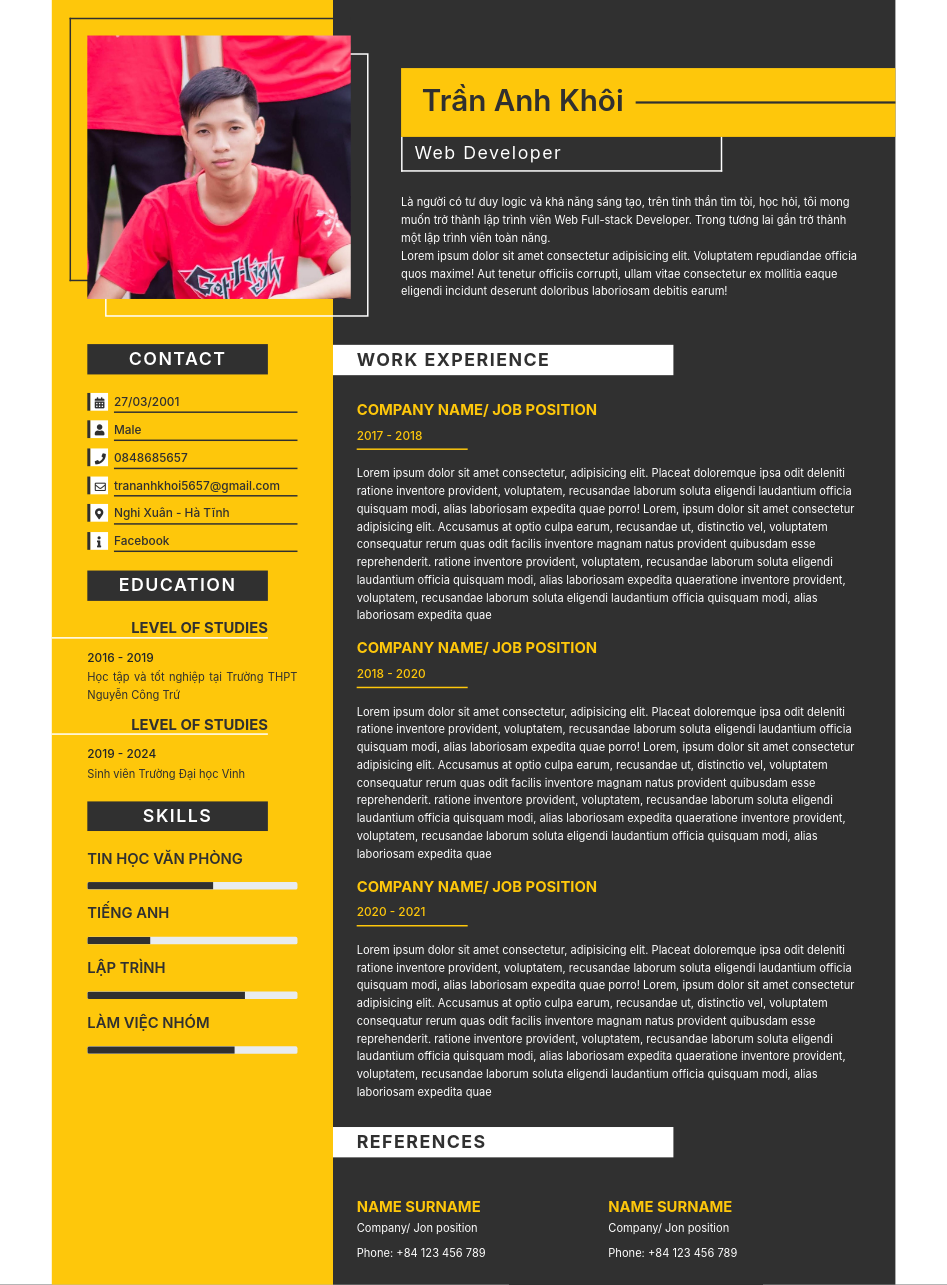
Repository: khoitadev/myCV
Page: index.html
The author's editor kept a copy of each file at every save. The page is drawn from the files as they stood at one save, then again after the next save.
The browser window is 1280 px wide. The pictures show the whole page, at 74% of full size.
Some web libraries are served in a nearby version.

Above is the page before, as saved 2022-02-11 22:42:25.

### index.html
<!DOCTYPE html>
<html lang="en">
  <head>
    <meta charset="UTF-8" />
    <meta http-equiv="X-UA-Compatible" content="IE=edge" />
    <meta name="viewport" content="width=device-width, initial-scale=1.0" />
    <title>MY CV</title>
    <link
      rel="stylesheet"
      href="https://cdn.jsdelivr.net/npm/bootstrap@4.6.0/dist/css/bootstrap.min.css"
      integrity="sha384-B0vP5xmATw1+K9KRQjQERJvTumQW0nPEzvF6L/Z6nronJ3oUOFUFpCjEUQouq2+l"
      crossorigin="anonymous"
    />
    <link rel="preconnect" href="https://fonts.googleapis.com" />
    <link rel="preconnect" href="https://fonts.gstatic.com" crossorigin />
    <link
      href="https://fonts.googleapis.com/css2?family=Poppins:wght@400;600;700&display=swap"
      rel="stylesheet"
    />
    <link
      rel="stylesheet"
      href="https://pro.fontawesome.com/releases/v5.10.0/css/all.css"
      integrity="sha384-AYmEC3Yw5cVb3ZcuHtOA93w35dYTsvhLPVnYs9eStHfGJvOvKxVfELGroGkvsg+p"
      crossorigin="anonymous"
    />
    <link
      rel="icon"
      href="./assets/img/cv2.jpg"
      style="border-radius: 50%;"
      type="image/gif"
      sizes="16x16"
    />

    <link rel="stylesheet" href="./assets/css/style.css" />
  </head>
  <body>
    <div class="container">
      <div class="row">
        <div class="col-md-4 cv__left">
          <div class="cv__img">
            <img src="./assets/img/cv2.jpg" />
          </div>
          <div class="cv__body-left">
            <h2 class="heading__left">CONTACT</h2>
            <p class="text contact__text"><i class="fas fa-calendar-alt"></i> <span class="contact__line" >27/03/2001</span></p>
            <p class="text contact__text"><i class="fas fa-user"></i> <span class="contact__line" >Male</span></p>
            <p class="text contact__text">
              <i class="fas fa-phone"></i> <a class="contact__line" href="tel:0848685657">0848685657</a>
            </p>
            <p class="text contact__text">
              <i class="far fa-envelope"></i>
              <a class="contact__line" href="mailto:trananhkhoi5657@gmail.com"
                >trananhkhoi5657@gmail.com</a
              >
            </p>
            <p class="text contact__text">
              <i class="fas fa-map-marker-alt"></i> <span class="contact__line" >Nghi Xuân - Hà Tĩnh</span>
            </p>
            <p class="text contact__text">
              <i class="fas fa-info"></i>
              <a class="contact__line" href="https://www.facebook.com/khoiaiti"
                >Facebook</a
              >
            </p>
            <p class="text description">

            </p>
            <h2 class="heading__left">EDUCATION</h2>
            <h3 class="edu__heading">LEVEL OF STUDIES</h3>
            <h4 class="edu__title">2016 - 2019</h4>
            <p class="text">Học tập và tốt nghiệp tại Trường THPT Nguyễn Công Trứ</p>
            <h3 class="edu__heading">LEVEL OF STUDIES</h3>
            <h4 class="edu__title">2019 - 2024</h4>
            <p class="text">Sinh viên Trường Đại học Vinh</p>

            <h2 class="heading__left">SKILLS</h2>
            <h3 class="heading__title">TIN HỌC VĂN PHÒNG</h3>

            <div class="progress progress__line" style="height: 10px">
              <div class="progress-bar" style="width: 60%; height: 10px; background-color: #303030;"></div>
            </div>

            <h3 class="heading__title">TIẾNG ANH</h3>

            <div class="progress progress__line" style="height: 10px">
              <div class="progress-bar" style="width: 30%; height: 10px; background-color: #303030;"></div>
            </div>

            <h3 class="heading__title">LẬP TRÌNH</h3>
            <div class="progress progress__line" style="height: 10px">
              <div class="progress-bar" style="width: 75%; height: 10px; background-color: #303030;"></div>
            </div>
            <h3 class="heading__title">LÀM VIỆC NHÓM</h3>
            <div class="progress progress__line" style="height: 10px">
              <div class="progress-bar" style="width: 70%; height: 10px; background-color: #303030;"></div>
            </div>
            <!-- <h3 class="heading__title">SKILL #5</h3>
            <div class="progress progress__line" style="height: 10px">
              <div class="progress-bar" style="width: 60%; height: 10px; background-color: #303030;"></div>
            </div> -->
          </div>
        </div>
        <div class="col-md-8 cv__right">
          <div class="cv__intro">
            <div class="name"><h2>Trần Anh Khôi</h2> <span></span></div>
            <h2 class="name__des">Web Developer</h2>
            <p class="text-toright">Là người có tư duy logic và khả năng sáng tạo, trên tinh thần tìm tòi, học hỏi, tôi mong muốn trở
              thành lập trình viên Web Full-stack Developer. Trong tương lai gần trở thành một lập trình viên toàn năng.
              <br>
              Lorem ipsum dolor sit amet consectetur adipisicing elit. Voluptatem repudiandae officia quos maxime! Aut tenetur officiis corrupti, ullam vitae consectetur ex mollitia eaque eligendi incidunt deserunt doloribus laboriosam debitis earum!
            </p>
            <br>
          </div>
          <h2 class="heading__right">WORK EXPERIENCE</h2>
          <h3 class="work__heading">COMPANY NAME/ JOB POSITION</h3>
          <h4 class="work__title">2017 - 2018</h4>
          <p class="text-toright">Lorem ipsum dolor sit amet consectetur, adipisicing elit. Placeat doloremque ipsa odit deleniti ratione inventore provident, voluptatem, recusandae laborum soluta eligendi laudantium officia quisquam modi, alias laboriosam expedita quae porro!
            Lorem, ipsum dolor sit amet consectetur adipisicing elit. Accusamus at optio culpa earum, recusandae ut, distinctio vel, voluptatem consequatur rerum quas odit facilis inventore magnam natus provident quibusdam esse reprehenderit. ratione inventore provident, voluptatem, recusandae laborum soluta eligendi laudantium officia quisquam modi, alias laboriosam expedita quaeratione inventore provident, voluptatem, recusandae laborum soluta eligendi laudantium officia quisquam modi, alias laboriosam expedita quae
          </p>
          <h3 class="work__heading">COMPANY NAME/ JOB POSITION</h3>
          <h4 class="work__title">2018 - 2020</h4>
          <p class="text-toright">Lorem ipsum dolor sit amet consectetur, adipisicing elit. Placeat doloremque ipsa odit deleniti ratione inventore provident, voluptatem, recusandae laborum soluta eligendi laudantium officia quisquam modi, alias laboriosam expedita quae porro!
            Lorem, ipsum dolor sit amet consectetur adipisicing elit. Accusamus at optio culpa earum, recusandae ut, distinctio vel, voluptatem consequatur rerum quas odit facilis inventore magnam natus provident quibusdam esse reprehenderit. ratione inventore provident, voluptatem, recusandae laborum soluta eligendi laudantium officia quisquam modi, alias laboriosam expedita quaeratione inventore provident, voluptatem, recusandae laborum soluta eligendi laudantium officia quisquam modi, alias laboriosam expedita quae
          </p>
          <h3 class="work__heading">COMPANY NAME/ JOB POSITION</h3>
          <h4 class="work__title">2020 - 2021</h4>
          <p class="text-toright">Lorem ipsum dolor sit amet consectetur, adipisicing elit. Placeat doloremque ipsa odit deleniti ratione inventore provident, voluptatem, recusandae laborum soluta eligendi laudantium officia quisquam modi, alias laboriosam expedita quae porro!
            Lorem, ipsum dolor sit amet consectetur adipisicing elit. Accusamus at optio culpa earum, recusandae ut, distinctio vel, voluptatem consequatur rerum quas odit facilis inventore magnam natus provident quibusdam esse reprehenderit. ratione inventore provident, voluptatem, recusandae laborum soluta eligendi laudantium officia quisquam modi, alias laboriosam expedita quaeratione inventore provident, voluptatem, recusandae laborum soluta eligendi laudantium officia quisquam modi, alias laboriosam expedita quae
          </p>
          <h2 class="heading__right">REFERENCES</h2>
          <div class="ref">
            <div class="ref-left">
              <h3 class="work__heading">NAME SURNAME</h3>
              <p class="text-toright">Company/ Jon position
              </p>
              <p class="text-toright">Phone: +84 123 456 789
              </p>
            </div>
            <div class="ref-right">
              <h3 class="work__heading">NAME SURNAME</h3>
              <p class="text-toright">Company/ Jon position
              </p>
              <p class="text-toright">Phone: +84 123 456 789
              </p>
            </div>
          </div>
        </div>
      </div>
    </div>
  </body>
</html>

### assets/css/style.css
:root {
  --primary-color: #fec70b;
  --second-color: #303030;
  --white-color: #fff;
}
* {
  margin: 0;
  padding: 0;
  box-sizing: border-box;
}
html {
  font-family: "Poppins", sans-serif;
  font-size: 62.5%;
  color: var(--white-color);
}

img {
  width: 100%;
  object-fit: cover;
}
a {
  text-decoration: none;
  display: inline-block;
  color: var(--second-color);
}
a:hover {
  color: var(--white-color);
}
p {
  font-size: 1.5rem;
  line-height: 1.6;
  color: var(--white-color);
}
i {
  position: relative;
  margin: 0 8px 0 4px;
  padding: 6px;
  background-color: var(--white-color);
  font-size: 1.5rem;
  color: var(--second-color);
  width: 2.4rem;
  height: 2.4rem;
  text-align: center;
}
i::after {
  content: "";
  display: block;
  position: absolute;
  background-color: var(--second-color);
  top: 0;
  left: -4px;
  bottom: 0;
  width: 4px;
  z-index: 1;
}
.cv__left {
  padding: 2.4rem;
  background-color: var(--primary-color);
}

.cv__img {
  position: relative;
  right: -2.4rem;
  bottom: -2.4rem;
  z-index: 1;
  text-align: right;
  margin-right: -2.4rem;
}
.cv__img::before {
  content: "";
  display: block;
  position: absolute;
  border-top: 2px solid var(--second-color);
  border-bottom: 2px solid var(--second-color);
  border-left: 2px solid var(--second-color);
  top: -2.4rem;
  left: -2.4rem;
  right: 0rem;
  bottom: 2.4rem;
  z-index: -1;
}
.cv__img::after {
  content: "";
  display: block;
  position: absolute;
  border: 2px solid var(--white-color);
  top: 2.4rem;
  left: 2.4rem;
  right: -2.4rem;
  bottom: -2.4rem;
  z-index: -1;
}
.cv__img img {
  min-width: 90%;
  height: auto;
}

.cv__body-left {
  padding: 6rem 2.4rem 0 2.4rem;
}

.cv__contact {
  border-bottom: 2px solid var(--second-color);
}

.heading__left {
  margin: 2.5rem 4rem 2.5rem 0;
  padding: 0.6rem;
  color: #fff;
  background-color: var(--second-color);
  max-width: 42rem;
  font-size: 2.4rem;
  font-weight: 600;
  text-align: center;
  letter-spacing: 2px;
}
.edu__heading{
  font-size: 2rem;
  text-align: end;
  border-bottom: 2px solid var(--white-color);
  margin: 1.6rem 4rem 1.6rem -4.8rem;
  color: var(--second-color);
  font-weight: 700;
}
.edu__title{
  font-size: 1.6rem;
  font-weight: 500;
}
.edu__title + .text {
  text-align: justify;
}

.cv__right {
  padding: 3.2rem 4.8rem 2rem 3.2rem;
  background-color: var(--second-color);
}
.cv__intro {
  margin-left: 6rem;
}
.name {
  display: flex;
  align-items: center;
  padding: 2rem 0 2rem 2.8rem;
  margin: 6rem -4.8rem 0 0;
  background-color: var(--primary-color);
}
.name h2 {
  color: var(--second-color);
  font-size: 4rem;
  font-weight: 600;
}
.name span {
  margin-left: 1.6rem;
  background-color: var(--second-color);
  height: 3px;
  flex: 1;
}

.name__des {
  display: inline-block;
  margin-bottom: 3rem;
  color: var(--white-color);
  font-size: 2.4rem;
  font-weight: 400;
  width: 70%;
  letter-spacing: 2px;
  padding: 0.8rem 1.6rem;
  border-right: 2px solid var(--white-color);
  border-bottom: 2px solid var(--white-color);
  border-left: 2px solid var(--white-color);
}
.heading__right {
  margin: 3.5rem 0 3.5rem -3.2rem;
  padding: 0.6rem 3.2rem;
  background-color: var(--white-color);
  color:var(--second-color);
  max-width: 46rem;
  font-size: 2.4rem;
  font-weight: 700;
  letter-spacing: 2px;
}

.heading__title {
  margin: 8px 0;
  color: var(--second-color);
  font-size: 2rem;
  font-weight: 600;
}
.work__heading{
  margin-top: 2rem;
  font-size: 2rem;
  color: var(--primary-color);
  font-weight: 700;
}
.work__title{
  margin-bottom: 2rem;
  padding: 8px 0;
  max-width: 15rem;
  font-size: 1.6rem;
  color: var(--primary-color);
  font-weight: 500;
  border-bottom: 2px solid var(--primary-color);
}
.time {
  font-size: 1.4rem;
  font-weight: 300;
}
.progress__line {
  margin: 2rem 0;
}
.interests {
  list-style: circle;
  padding-left: 2rem;
}
.text {
  font-size: 1.5rem;
  line-height: 1.6;
  color: var(--second-color);
}
.text-toright {
  color: var(--white-color);
}
.description {
  margin-top: 1.6rem;
  text-align: justify;
}
.contact__text {
  display: flex;
}
.contact__line {
  flex: 1;
  font-size: 1.6rem;
  font-weight: 500;
  border-bottom: 2px solid var(--second-color);
}
.ref {
  display: flex;
}
.ref-left, .ref-right {
  flex: 1;
}

After the next save:
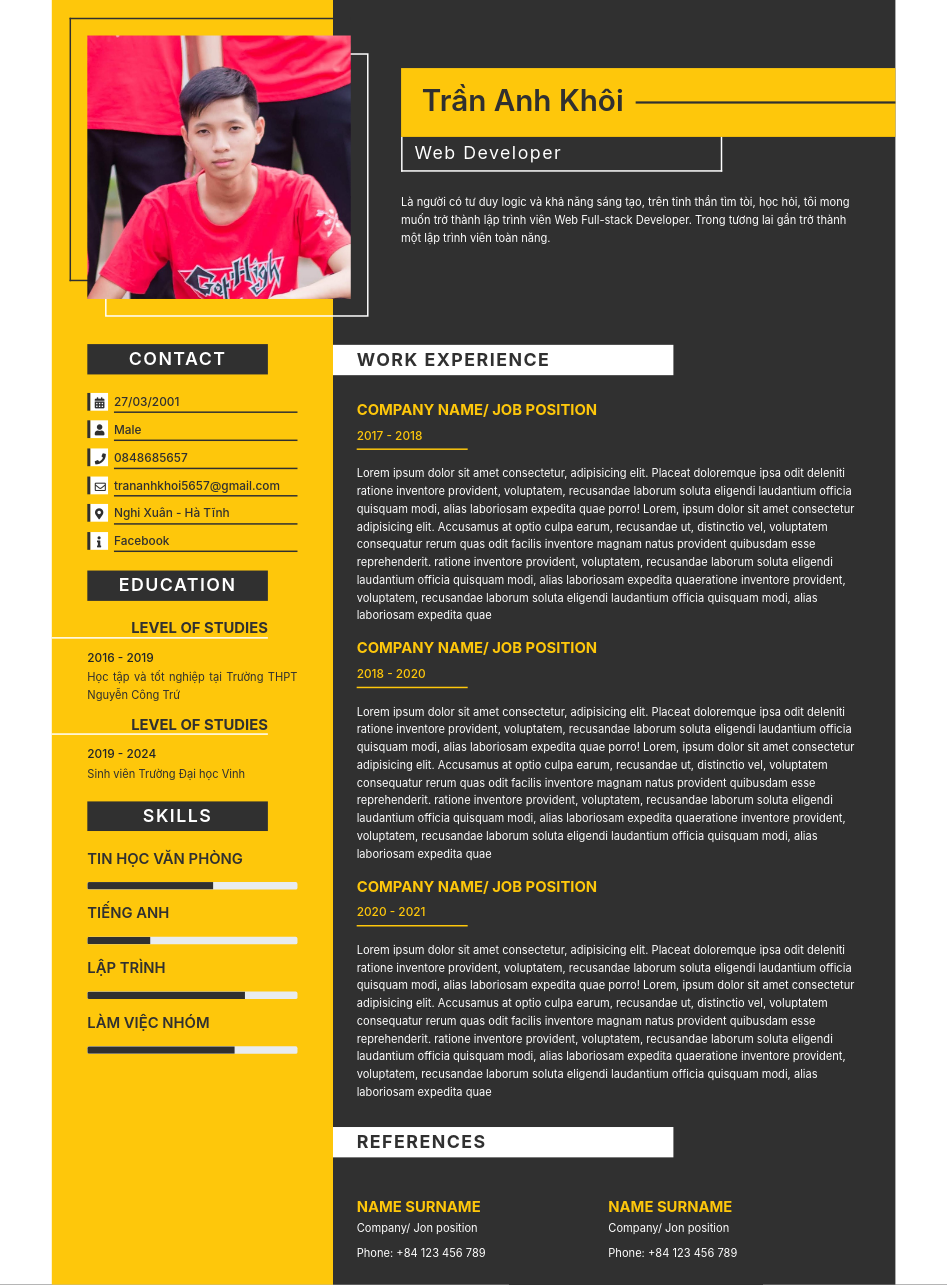
Saved 36 s later.
--- a/index.html
+++ b/index.html
@@ -107,7 +107,10 @@
             <p class="text-toright">Là người có tư duy logic và khả năng sáng tạo, trên tinh thần tìm tòi, học hỏi, tôi mong muốn trở
               thành lập trình viên Web Full-stack Developer. Trong tương lai gần trở thành một lập trình viên toàn năng.
               <br>
-              Lorem ipsum dolor sit amet consectetur adipisicing elit. Voluptatem repudiandae officia quos maxime! Aut tenetur officiis corrupti, ullam vitae consectetur ex mollitia eaque eligendi incidunt deserunt doloribus laboriosam debitis earum!
+              <br>
+              <br>
+              <br>
+
             </p>
             <br>
           </div>
